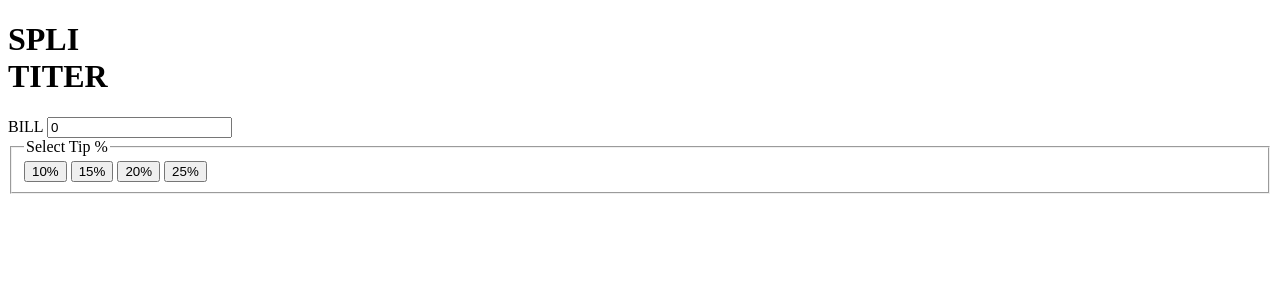
Repository: kellyjohanasalb/calduladora
Page: index.html
These files come from the project's save history. The page is drawn as it stood at one moment and after the next save; the edit follows.
The browser window is 1280 px wide. The pictures show the whole page.

Above is the page before, as saved 2023-08-15 21:12:56.

After the next save:
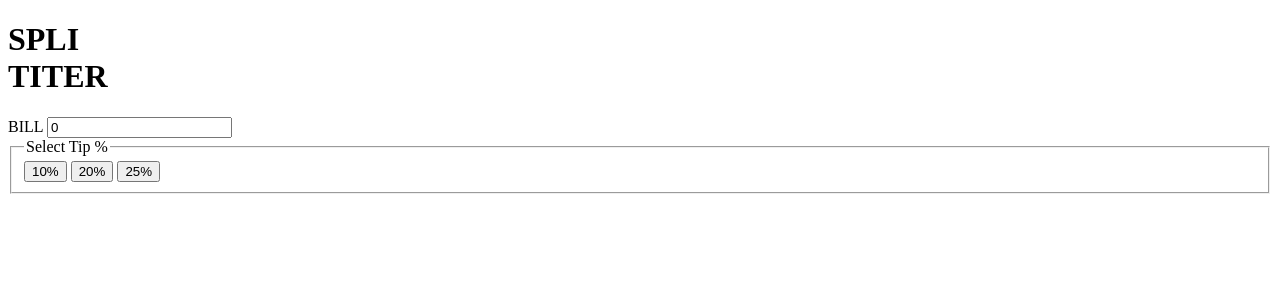
Saved 10 s later.
--- a/index.html
+++ b/index.html
@@ -18,7 +18,7 @@
                 <legend class="btns__legend">Select Tip %</legend>
                 <button class="btns__button >5%</button>
                 <button class="btns__button">10%</button>
-                <button class="btns__button btns__button--selected"">15%</button>
+                <button class="btns__button btns__button--selected>15%</button>
                 <button class="btns__button">20%</button>
                 <button class="btns__button">25%</button>
             </fieldset>
